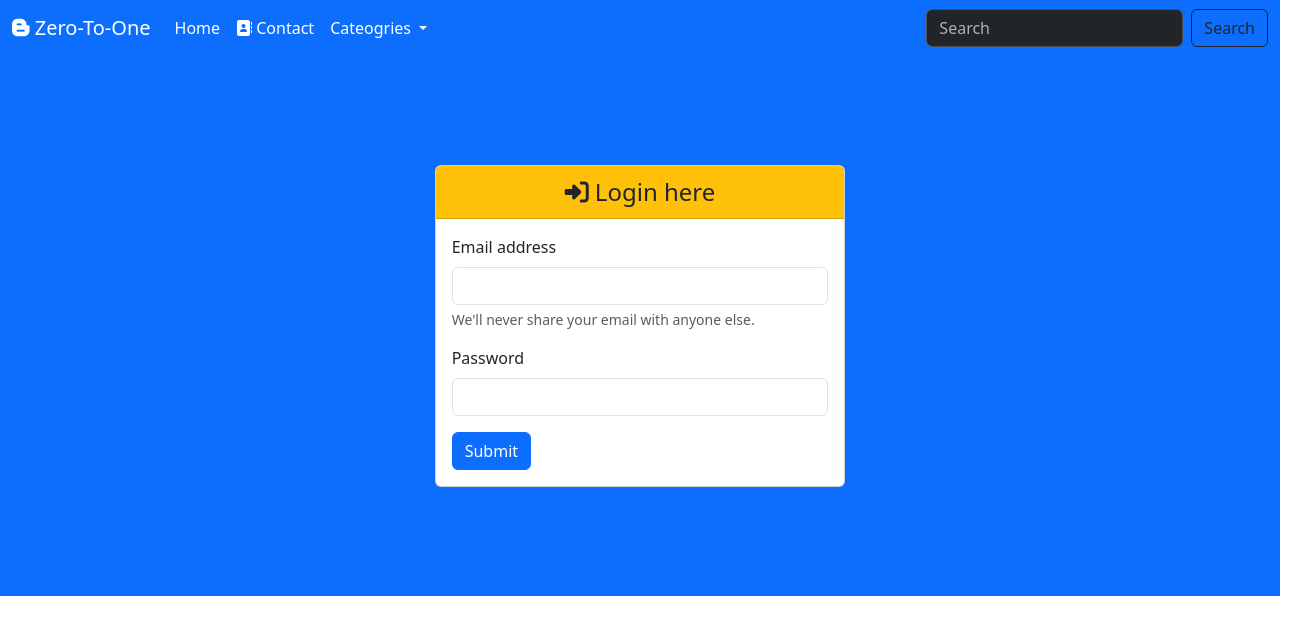
Repository: Gaurav560/PROJECT-ZeroToOne-TechBlog
Page: http://localhost/ZeroToOne/login_page.jsp
These files come from the project's save history. The page is drawn as it stood at one moment and after the next save; the edit follows.
The browser window is 1280 px wide. The page is 1292 px wide, so the pictures cover 1292 px, including what lies to the right of the window. The pictures show the whole page.
Some web libraries are served in a nearby version. The page is served by Tomcat 9.

Above is the page before, as saved 2023-04-29 10:17:30.

After the next save:
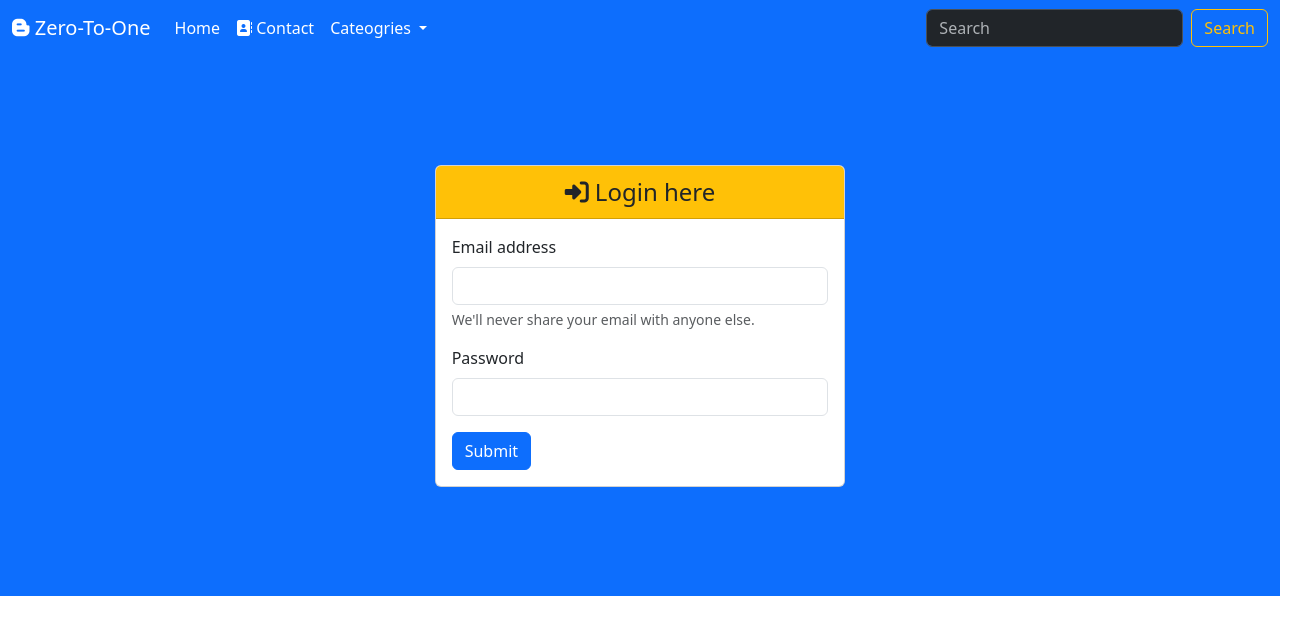
Saved 2 min 16 s later.
--- a/ZeroToOne/src/main/webapp/indexNavbar.jsp
+++ b/ZeroToOne/src/main/webapp/indexNavbar.jsp
@@ -27,7 +27,7 @@
 			<form class="d-flex" role="search">
 				<input class="form-control me-2" type="search" placeholder="Search"
 					aria-label="Search">
-				<button class="btn btn-outline-dark" type="submit">Search</button>
+				<button class="btn btn-outline-warning" type="submit">Search</button>
 			</form>
 		</div>
 	</div>
